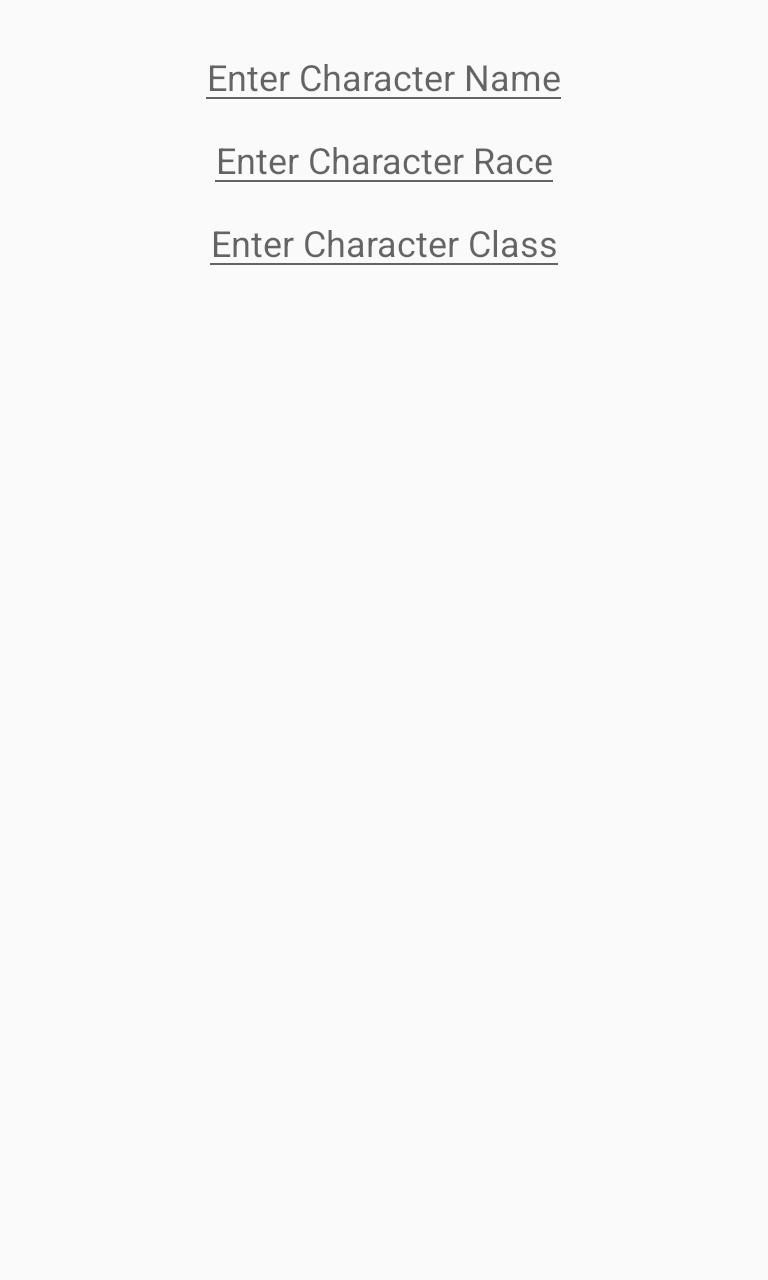
Repository: Vortelf/DnDAndroid
Layout: BuildApp/DnD/res/layout/activity_custom_char.xml
These files come from the project's save history. The layout is drawn as it stood at one moment and after the next save; the edit follows.
It is drawn on a 768 x 1280 px phone screen (xhdpi) without system bars, with theme AppTheme; the app's code is not run.

Above is the layout before, as saved 2014-11-09 12:22:40.

### BuildApp/DnD/res/layout/activity_custom_char.xml
<RelativeLayout xmlns:android="http://schemas.android.com/apk/res/android"
    xmlns:tools="http://schemas.android.com/tools"
    android:layout_width="match_parent"
    android:layout_height="match_parent"
    android:paddingBottom="@dimen/activity_vertical_margin"
    android:paddingLeft="@dimen/activity_horizontal_margin"
    android:paddingRight="@dimen/activity_horizontal_margin"
    android:paddingTop="@dimen/activity_vertical_margin"
    tools:context="vortelf.dnd.CustomCharActivity" >

    <EditText
        android:id="@+id/CharacterName"
        android:layout_width="wrap_content"
        android:layout_height="wrap_content"
        android:layout_centerHorizontal="true"
        android:inputType="textCapSentences"
        android:gravity="center_horizontal"
        android:hint="@string/inCharacterName"
        />
    <EditText
        android:id="@+id/CharacterRace"
        android:layout_width="wrap_content"
        android:layout_height="wrap_content"
        android:layout_centerHorizontal="true"
        android:layout_below="@id/CharacterName"
        android:inputType="textCapSentences"
        android:gravity="center_horizontal"
        android:hint="@string/inCharacterRace"
        />
    <EditText
        android:id="@+id/CharacterClass"
        android:layout_width="wrap_content"
        android:layout_height="wrap_content"
        android:layout_centerHorizontal="true"
        android:layout_below="@id/CharacterRace"
        android:inputType="textCapSentences"
        android:gravity="center_horizontal"
        android:hint="@string/inCharacterClass"
        />
</RelativeLayout>

### BuildApp/DnD/res/values/strings.xml
<?xml version="1.0" encoding="utf-8"?>
<resources>

    <string name="app_name">DnD</string>
    <string name="action_about">About</string>
    <string name="action_custom_catacter">Create Custom Character</string>
    <string name="action_random_catacter">Create Random character</string>
    <string name="random_button">Create Random DnD Character</string>
    <string name="inputCharName">Enter Character Name</string>
    <string name="title_activity_main">DnD Character Creator</string>
    <string name="title_RandomSelection">Create Random Character</string>
    <string name="title_CustomSelection">Create Custom Character</string>
    <string name="title_DiceRollSelection">Dice Roller</string>
    <string name="navigation_drawer_open">Open navigation drawer</string>
    <string name="navigation_drawer_close">Close navigation drawer</string>
    <string name="action_example">Example action</string>
    <string name="title_activity_custom_char">CustomCharActivity</string>
    <string name="hello_world">Hello world!</string>
    <string name="title_activity_dice_roll">DiceRollActivity</string>
    <string name="extend">This is something that is supposed to be very long and extendive</string>
    <string name="title_section1">Selection 1</string>
    <string name="title_section2">Selection 2</string>
    <string name="title_section3">Selection 3</string>
    <string name="title_activity_about"></string>
    <string name="about_foot">Made for HackFMI 4</string>
    <string name="AppName">Dungeons and Dragons</string>
    <string name="AppNameSub">Pocket Character Creator</string>

    <!-- CustomCharActivity  -->
    <string name="inCharacterName">Enter Character Name</string>
    <string name="inCharacterClass">Enter Character Class</string>
    <string name="inCharacterRace">Enter Character Race</string>
</resources>

Loaded but not shown: BuildApp/DnD/res/values/styles.xml (common file); BuildApp/DnD/res/values-v11/styles.xml (common file); BuildApp/DnD/res/values-v14/styles.xml (common file); BuildApp/DnD/res/values/dimens.xml (common file); BuildApp/DnD/res/values-w820dp/dimens.xml (common file)

After the next save:
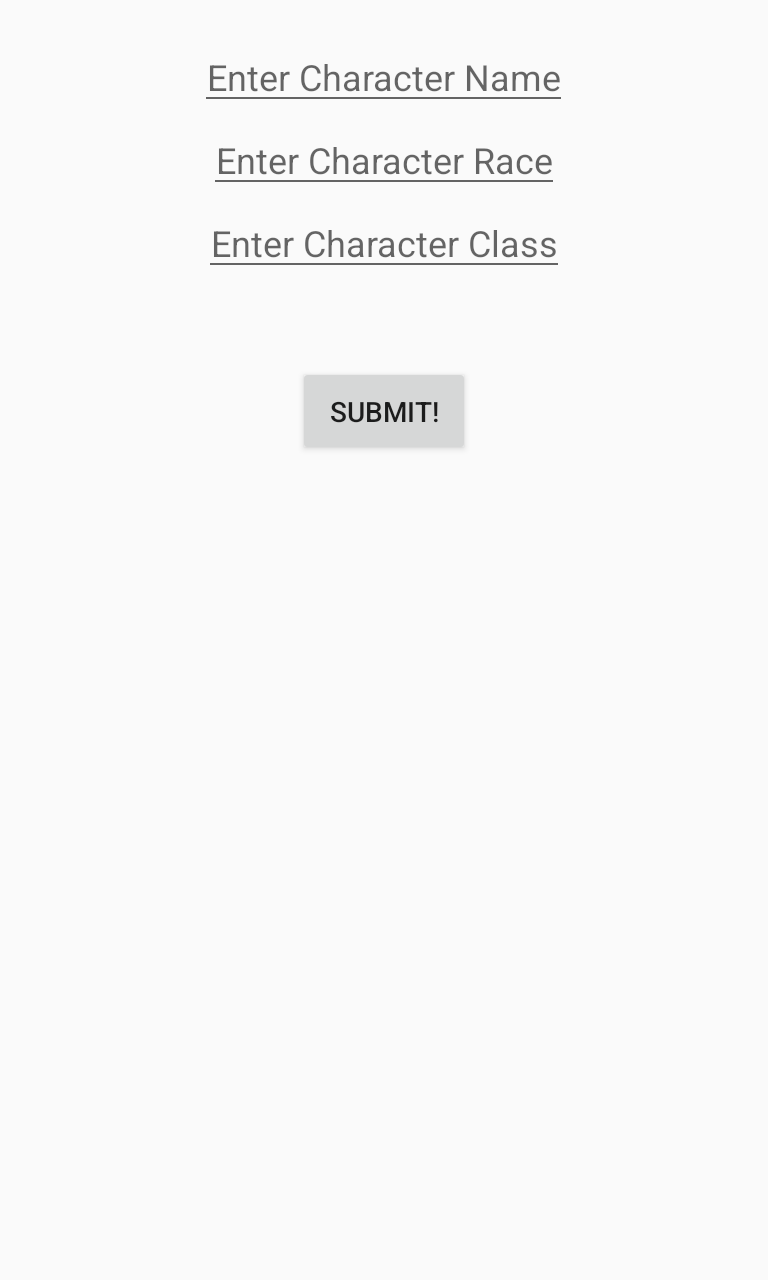
Saved 4 min 34 s later.
--- a/BuildApp/DnD/res/layout/activity_custom_char.xml
+++ b/BuildApp/DnD/res/layout/activity_custom_char.xml
@@ -37,4 +37,13 @@
         android:gravity="center_horizontal"
         android:hint="@string/inCharacterClass"
         />
+
+    <Button
+	        android:id="@+id/CustomCharSubmit"
+	        android:layout_width="wrap_content"
+	        android:layout_height="wrap_content"
+	        android:layout_below="@+id/CharacterClass"
+	        android:layout_centerHorizontal="true"
+	        android:layout_marginTop="41dp"
+	        android:text="Submit!" />
 </RelativeLayout>
